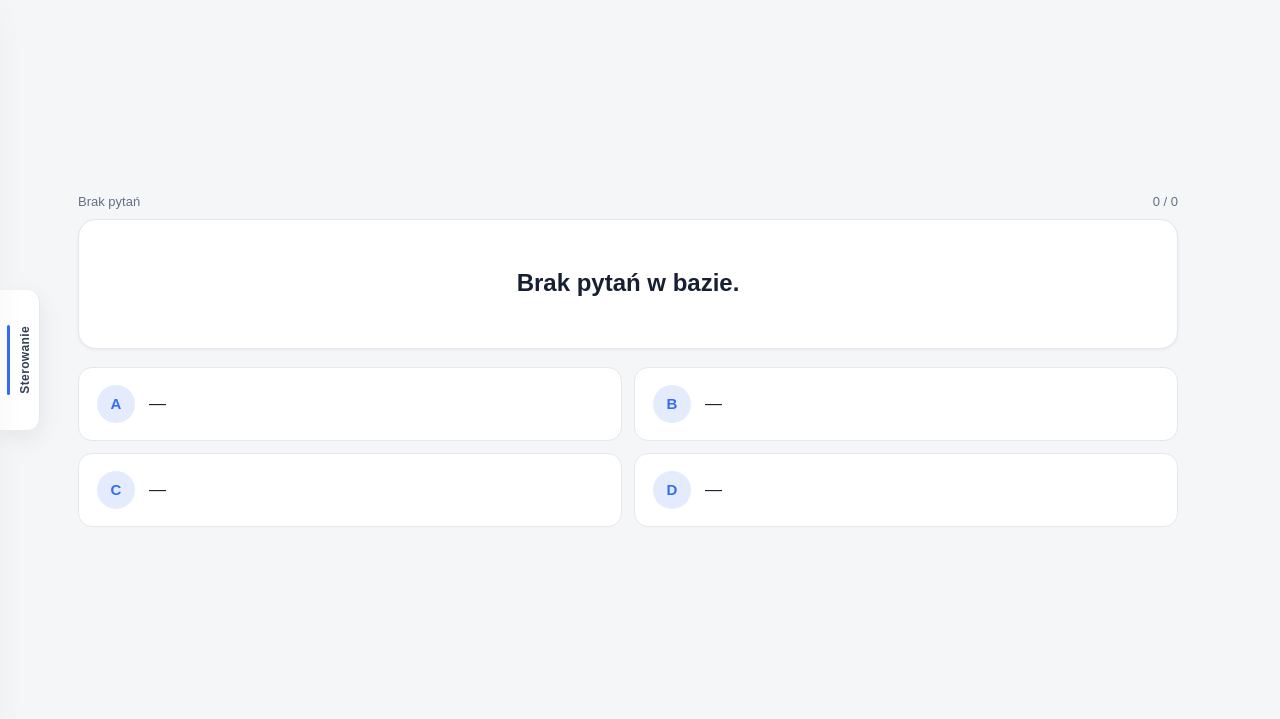
Repository: WaleonGames/HTGMilionerzy
Page: views/game.html
These files come from the project's save history. The page is drawn as it stood at one moment and after the next save; the edit follows.
The browser window is 1280 px wide. The pictures show the whole page.

Above is the page before, as saved 2026-09-05 20:53:08.

After the next save:
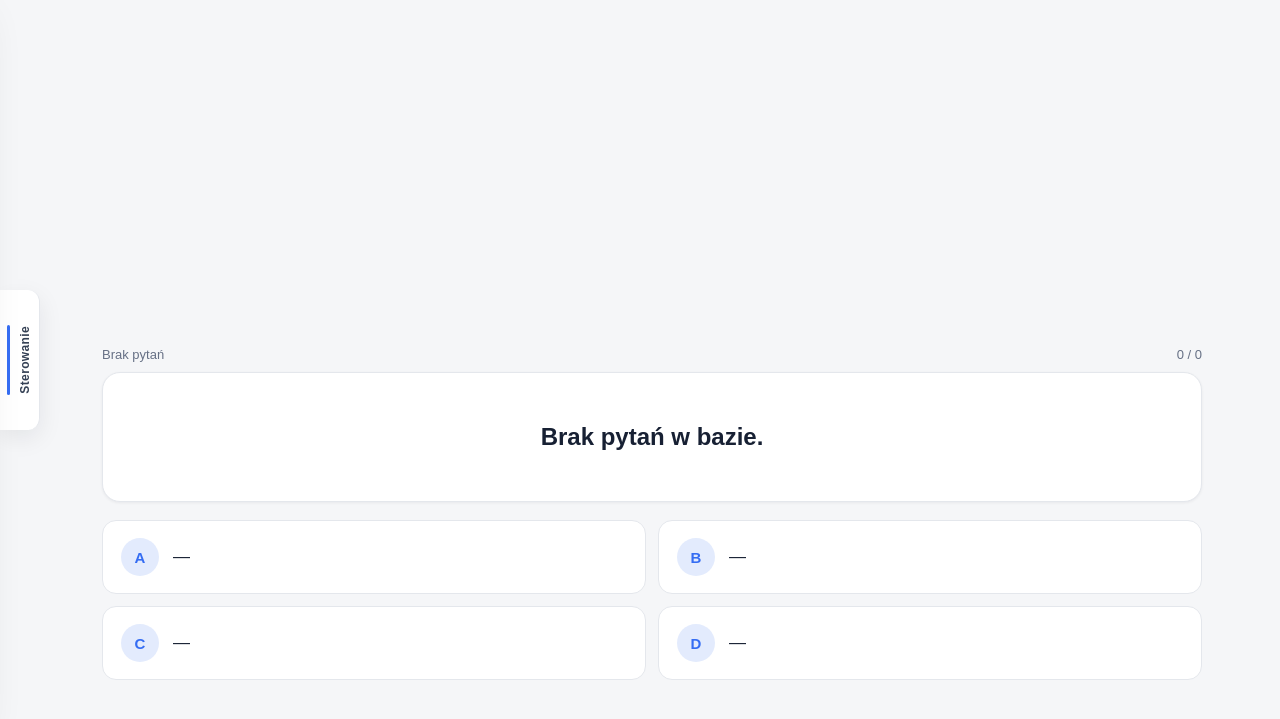
Saved 37 min 25 s later.
--- a/public/css/game.css
+++ b/public/css/game.css
@@ -43,10 +43,12 @@ button{
 
 .game-stage{
   display:flex;
-  align-items:center;
+  align-items:flex-end;
   justify-content:center;
+
   min-height:100vh;
-  padding:32px 56px 32px 32px;
+
+  padding:32px 32px 40px 56px;
 }
 
 .game-question-area{
